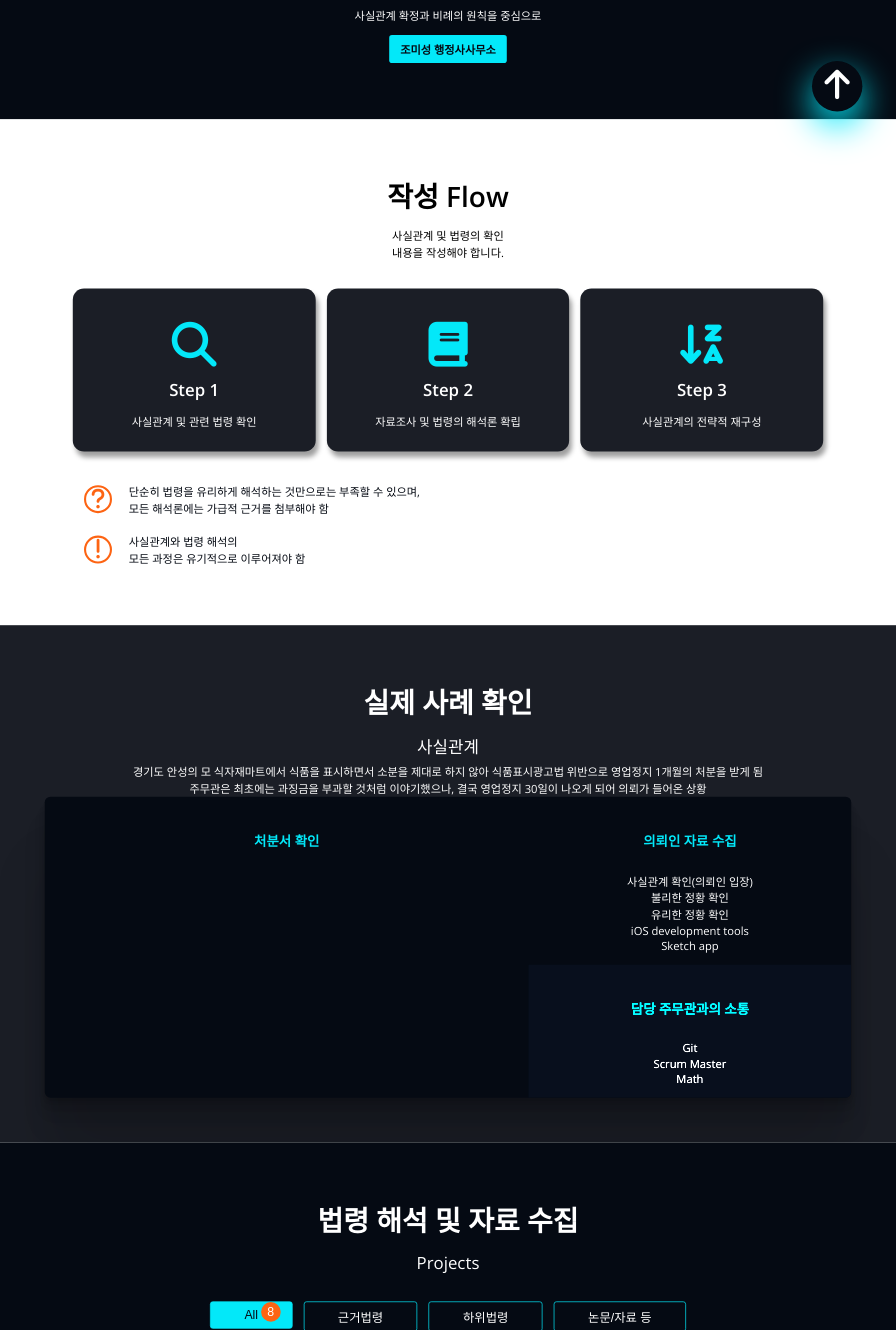
Repository: eggmoon/eggmoon_new
Page: index.html
The author's editor kept a copy of each file at every save. The page is drawn from the files as they stood at one save, then again after the next save.
The browser window is 1280 px wide. The pictures show the part of the page from y = 513 to 2413 px (the page is 4211 px tall before and 4189 px after), at 70% of full size.
A picture or video elsewhere on the page could not be fetched, so the positions and the page height are approximate. Some web libraries are served in a nearby version.

Above is the page before, as saved 2025-02-26 18:30:19.
Console error: SyntaxError: Unexpected end of input

### index.html
<!DOCTYPE html>
<html lang="en">
  <head>
    <meta charset="UTF-8" />
    <meta http-equiv="X-UA-Compatible" content="IE=edge" />
    <meta name="viewport" content="width=device-width, initial-scale=1.0" />
    <!-- SEO -->
    <title>행정심판청구서 작성 가이드</title>
    <meta
      name="description"
      content="Portfolio for world-renowned software
    engineer Ellie"
    />
    <meta name="author" content="MScho" />
    <link rel="shortcut icon" href="images/favicon.ico" type="image/x-icon" />
    <!-- OG (Open Graph Data) -->
    <meta property="og:title" content="행정정심판청구서 작성 가이드" />
    <meta property="og:type" content="website" />
    <meta property="og:url" content="https://eggmoon.github.io/eggmoon/"/>
    <meta property="og:image" content="배포후에 생성된 이미지 URL" />
    <!-- Google Fonts -->
    <link rel="preconnect" href="https://fonts.googleapis.com" />
    <link rel="preconnect" href="https://fonts.gstatic.com" crossorigin />
    <link
      href="https://fonts.googleapis.com/css2?family=Open+Sans:wght@400;600&display=swap"
      rel="stylesheet"
    />
    <!-- Font Awesome -->
    <script src="https://kit.fontawesome.com/8d3cd595d6.js" crossorigin="anonymous"></script>
    <!-- CSS -->
    <link rel="stylesheet" href="css/style.css" />
    <!-- Javascript -->
    <script src="src/main.js" defer></script>
  </head>
  <body>
    <!-- Header -->
    <header class="header">
      <div class="header__logo">
        <img class="header__logo__img" src="images/favicon.ico" alt="logo" />
        <h1 class="header__logo__title"><a href="#">조미성 행정사사무소</a></h1>
      </div>
      <nav class="header__nav">
        <ul class="header__menu">
          <li><a class="header__menu__item active" href="#home">HOME</a></li>
          <li><a class="header__menu__item" href="#about">작성Flow</a></li>
          <li><a class="header__menu__item" href="#skills">실제 사례</a></li>
          <li><a class="header__menu__item" href="#work">법령해석 및 자료수집</a></li>
          <li><a class="header__menu__item" href="#testimonial">사실관계의 재구성</a></li>
          <li><a class="header__menu__item" href="#contact">Bottom</a></li>
        </ul>
      </nav>
    </header>
    <!-- Main -->
    <main>
      <!-- Home -->
      <section id="home" class="section">
        <img class="home__logo" src="images/favicon.ico" alt="Ellie's profile" />
        <h2 class="home__title"><strong class="home__title--strong">행정심판청구서</strong> <br> 작성 가이드</h2>
        <p class="home__description">사실관계 확정과 비례의 원칙을 중심으로</p>
        <a class="home__contact" href="#contact">조미성 행정사사무소</a>
      </section>
      <!-- About -->
      <section id="about" class="section max-container =">
        <h2 class="title">작성 Flow</h2>
        <p section="description">
          사실관계 및 법령의 확인
        </p>
        <p>내용을 작성해야 합니다.</p>
        <ul class="about__majors">
          <li class="about__major">
            <i class="fa-solid fa-magnifying-glass about__major__icon"></i>
            <p class="about__major__title">Step 1</p>
            <p>사실관계 및 관련 법령 확인</p>
          </li>
          <li class="about__major">
            <i class="fa-solid fa-book about__major__icon"></i>
            <p class="about__major__title">Step 2</p>
            <p>자료조사 및 법령의 해석론 확립</p>
            <li class="about__major">
              <i class="fa-solid fa-arrow-down-z-a about__major__icon"></i>
              <p class="about__major__title">Step 3</p>
              <p>사실관계의 전략적 재구성</p>
            </li>
          </li>
        </ul>
        <ul class="about__subexps">
          <li class="about__subexp">
            <div class="redicon"><i class="fa-solid fa-question"></i></div>
            <div>
              <p class="about__subexp__title">단순히 법령을 유리하게 해석하는 것만으로는 부족할 수 있으며,</p>
              <p class="about__subexp__content">모든 해석론에는 가급적 근거를 첨부해야 함</p>
            </div>
          </li>
          <li class="about__subexp">
            <div class="redicon"><i class="fa-solid fa-exclamation"></i></div>
            <div>
              <p class="about__subexp__title"> 사실관계와 법령 해석의 </p>
              <p class="about__subexp__content">모든 과정은 유기적으로 이루어져야 함</p>
            </div>
          </li>
        </ul>
      </section>
      <!-- Skills -->
      <section id="skills" class="section">
        <div class="max-container">
          <h2 class="title">실제 사례 확인</h2>
          <p class="description">사실관계</p>
          <p> 경기도 안성의 모 식자재마트에서 식품을 표시하면서 소분을 제대로 하지 않아 식품표시광고법 위반으로 영업정지 1개월의 처분을 받게 됨</p>
           <p>주무관은 최초에는 과징금을 부과할 것처럼 이야기했으나, 결국 영업정지 30일이 나오게 되어 의뢰가 들어온 상황</p>
          <div class="skills-container">
            <section class="skills__rule">
              <h3 class="skills__title">처분서 확인</h3>
              <div>
                <img src="" />
              </div>
              <!-- <ul>
                <li class="bar">
                  <div class="bar__metadata"><span>HTML</span><span>98%</span></div>
                  <div><div class="bar__value bar__bg" style="width: 98%"></div></div>
                </li>
                <li class="bar">
                  <div class="bar__metadata"><span>CSS</span><span>90%</span></div>
                  <div><div class="bar__value bar__bg" style="width: 90%"></div></div>
                </li>
                <li class="bar">
                  <div class="bar__metadata"><span>JavaScript</span><span>90%</span></div>
                  <div><div class="bar__value bar__bg" style="width: 90%"></div></div>
                </li>
                <li class="bar">
                  <div class="bar__metadata"><span>TypeScript</span><span>80%</span></div>
                  <div><div class="bar__value bar__bg" style="width: 80%"></div></div>
                </li>
                <li class="bar">
                  <div class="bar__metadata"><span>React</span><span>79%</span></div>
                  <div><div class="bar__value bar__bg" style="width: 79%"></div></div>
                </li>
                <li class="bar">
                  <div class="bar__metadata"><span>NodeJs</span><span>68%</span></div>
                  <div><div class="bar__value bar__bg" style="width: 68%"></div></div>
                </li>
              </ul> -->
            </section>
            <section class="skills__explain">
              <h3 class="skills__title">의뢰인 자료 수집</h3>
              <ul>
                <li>사실관계 확인(의뢰인 입장)</li>
                <li>불리한 정황 확인</li>
                <li>유리한 정황 확인</li>
                <li>iOS development tools</li>
                <li인>Sketch app</li인
              </ul>
            </section>
            <section class="skills__data">
              <h3 class="skills__title">담당 주무관과의 소통</h3>
              <ul>
                <li>Git</li>
                <li>Scrum Master</li>
                <li>Math</li>
              </ul>
            </section>
          </div>
        </div>
      </section>
      <!-- Work -->
      <section id="work" class="section">
        <div class="max-container">
          <h2 class="title">법령 해석 및 자료 수집</h2>
          <p class="description">Projects</p>
          <ul class="categories">
            <li>
              <button class="category category--selected">All <span class="category__count">8</span></button>
            </li>
            <li>
              <button class="category">근거법령<span class="category__count">3</span></button>
            </li>
            <li>
              <button class="category">하위법령<span class="category__count">3</span></button>
            </li>
            <li>
              <button class="category"> 논문/자료 등 <span class="category__count">2</span></button>
            </li>
          </ul>
          <ul class="projects">
            <li class="project">
              <a href="#" target="_blank">
                <img src="images/projects/project1.jpg" alt="act1" class="project__img"/>
                <div class="project__metadata">
                  <h3 class="project__title"><a href="https://www.law.go.kr/%EB%B2%95%EB%A0%B9/%EC%8B%9D%ED%92%88%EC%9C%84%EC%83%9D%EB%B2%95" target="_blank">식품위생법</a></h3>
                  <p>2019년 이후 식품광고법 분리</p>
                </div>
              </a>
            </li>
            <li class="project">
              <a href="#" target="_blank">
                <img src="images/projects/project2.jpg" alt="project2" class="project__img"/>
                <div class="project__metadata">
                  <h3 class="project__title">식품광고법</h3>
                  <p>사건 적용 주요 법률</p>
                </div>
              </a>
            </li>
            <li class="project">
              <a href="#" target="_blank">
                <img src="images/projects/project3.do" alt="project3" class="project__img" style="object-fit:cover;"/>
                <div class="project__metadata">
                  <h3 class="project__title"><a href="images/projects/project3.jpg" target="_blank">고객 자료 수집</a></h3>
                  <p>Clone Coding with HTML, CSS</p>
                </div>
              </a>
            </li>
            <li class="project">
              <a href="#" target="_blank">
                <img src="images/projects/project4.webp" alt="project4" class="project__img"/>
                <div class="project__metadata">
                  <h3 class="project__title">Project #4</h3>
                  <p>Clone Coding with HTML, CSS</p>
                </div>
              </a>
            </li>
            <li class="project">
              <a href="#" target="_blank">
                <img src="images/projects/project5.webp" alt="project5" class="project__img"/>
                <div class="project__metadata">
                  <h3 class="project__title">Project #5</h3>
                  <p>Clone Coding with HTML, CSS</p>
                </div>
              </a>
            </li>
            <li class="project">
              <a href="#" target="_blank">
                <img src="images/projects/project6.webp" alt="project6" class="project__img"/>
                <div class="project__metadata">
                  <h3 class="project__title">Project #6</h3>
                  <p>Clone Coding with HTML, CSS</p>
                </div>
              </a>
            </li>
            <li class="project">
              <a href="#" target="_blank">
                <img src="images/projects/project7.webp" alt="project7" class="project__img"/>
                <div class="project__metadata">
                  <h3 class="project__title">Project #7</h3>
                  <p>Clone Coding with HTML, CSS</p>
                </div>
              </a>
            </li>
            <li class="project">
              <a href="#" target="_blank">
                <img src="images/projects/project8.webp" alt="project8" class="project__img"/>
                <div class="project__metadata">
                  <h3 class="project__title">Project #8</h3>
                  <p>Clone Coding with HTML, CSS</p>
                </div>
              </a>
            </li>
          </ul>
        </div>
      </section>
      <!-- Testimonials -->
      <section id="testimonials" class="section max-container">
        <h2 class="title">사실관계의 재구성</h2>
        <p class="description">요건사실을 어떻게 유리하게 포섭할 수있을까?</p>
        <ul class="testimonials">
          <li class="testimonial">
            <img src="images/testimonials/people1.webp" alt="주체(고의/과실)" class="testimonial__img" />
            <div class="testimonial__bubble">
              <p>
                <span class="testimonial__bubble__name">법적 주체</span>는 (주)** 마트이며, <span class="testimonial__bubble__name">대표자</span>는 이**이고, <span class="testimonial__bubble__name">실제 행위자</span>는 ** 농산마트 직원들인 상황에서 유리한 점과 불리한 점은 무엇이 있을까? 어떤 요건에 포섭할 수있을까?
              </p>
              <p><span class="testimonial__bubble__name">주체/고의 및 과실</span></p>
            </div>
          </li>
          <li class="testimonial">
            <img src="images/testimonials/people2.webp" alt="내용/기간 및 위반 분량" class="testimonial__img" />
            <div class="testimonial__bubble">
              <p>일반적이지 않은 <span class="testimonial__bubble__name">
                특별한 사정</span>이 인정될 여지는 없을까?
              </p>책임 및 감경/행위요건</p>
            </div>
          </li>
          <li class="testimonial">
            <img src="images/testimonials/people3.webp" alt="people3" class="testimonial__img" />
            <div class="testimonial__bubble">
              <p class="testimonial__bubble__name">
                Lorem ipsum dolor sit amet consectetur adipisicing elit.
                Perferendis, mollitia. Fugiat recusandae unde ducimus harum
                voluptas earum reiciendis expedita inventore quas ab eum
                dignissimos, maiores deleniti officiis qui, repudiandae
                voluptatibus?
              </p>
              <p class="testimonial__bubble__name"><a href="#">Anna Jin</a> /Samsung</p>
            </div>
          </li>
        </ul>
      </section>
      <!-- Arrow up -->
      <aside>
        <a class="arrow-up" href="#home" title="back to top">
          <i class="fa-solid fa-arrow-up"></i>
        </a>
      </aside>
    </main>
    <!-- Footer -->
    <footer id="contact" class="section">
      <div class="max-container">
        <h2 class="title">Let&#39;s talk</h2>
      <p class="testimonial__bubble__name" class="section">dream.coder.ellie@gmail.com</p>
      <ul class="contact__links">
        <li>
          <a
            class="contact__link"
            href="https://github.com/eggmoon"
            target="_blank"
            title="my github link"
          >
            <i class="fa-brands fa-github"></i>
          </a>
        </li>
        <li>
          <a
            class="contact__link"
            href="https://github.com/eggmoon"
            target="_blank"
            title="my linkedin link"
          >
            <i class="fa-brands fa-linkedin"></i>
          </a>
        </li>
      </ul>
      <p class="testimonial__bubble__name">ⓒMS Cho - All rights reserved</p>
      </div>
    </footer>
  </body>
</html>

### css/style.css
/* Global */
:root {
/* App Colors */
  --color-primary: var(--color-black);
  --color-primary-variant: var(--color-gray);
  --color-accent: var(--color-blue);
  --color-accent-variant: var(--color-orange);
  --color-text: var(--color-white);
  /* Colors */
  --color-white: #ffffff;
  --color-black: #050a13;
  --color-blue: #03e8f9;
  --color-orange: #fd6413;
  --color-gray: #1b1e26;
  /* Size */
  --size-max-width: 1200px;
}
*{
  box-sizing: border-box;
}
body {
  font-family: 'Open Sans', sans-serif;
  margin: 0;
}
h1, h2, h3, p, ul {
  margin: 0;
}

ul {
  list-style: none;
  padding: 0;
}

a{
  text-decoration: none;
  color: var(--color-text);
}

button{
  background-color: transparent;
  outline: 0;
  border: 0;
}

button:focus {
  outline: 1px solid var(--color-blue);
}

/* Common */
.redicon{
  width: 40px;
  height: 40px;
  font-size:2rem;
  line-height:30px;
  text-align:center;
  color: var(--color-accent-variant);
  font-weight: bold;
  border: 3px solid var(--color-accent-variant);
  border-radius: 100%;
  margin: 0.5rem 1rem;
  flex-shrink:0;
}
.section{
  padding: 4rem;
  text-align: center !important;
}

.title{
  font-size: 2.5rem;
  margin: 1rem 0;

}

.description{
  font-size:1.5rem;
  margin:0.5rem 0;
}

.max-container {
  max-width: var(--size-max-width);
  margin: auto;
}

/* Header */
.header{
  position: fixed;
  background-color: var(--color-black);
  top: 0;
  width: 100%;
  padding:1rem;
  display: flex;
  justify-content: space-between;
  align-items: center;
  z-index:1;
}

.header__logo{
  display:flex;
  align-items: center;
  gap: 8px
}

.header__logo__img{
  width: 36px;
  height: 36px;
}

.header__logo__title {
  font-size: 1.8rem;
}

.header__menu{
  display:flex;
  gap: 4px;
}
.header__menu__item{
  padding: 8px 16px;
}
.header__menu__item:hover{
  border-bottom: 1px solid var(--color-accent);
}
.header__menu__item.active{
  border: 1px solid var(--color-accent);
}
/* Home */
#home{
  background-color: var(--color-primary);
  color: var(--color-text);
  padding: 5rem 1rem;
  padding-top: 7rem;
  text-align: center;
}
.home__logo{
 width: 250px;
 height: 250px;
 object-fit: contain;
 border: 3px solid var(--color-accent);
 border-radius: 50%;
}
.home__title{
 font-size:3rem;
 margin-bottom: 1rem;

}
.home__title--strong{
  color: var(--color-accent);
}
/* .home__description{

} */

.home__contact{
  display: inline-block;
  background-color: var(--color-accent);
  color: var(--color-black);
  padding: 0.5rem 1rem;
  margin-top: 1rem;
  font-weight: bold;
  border-radius: 4px;
}

.home__contact:hover{
    /* hover 밀림 현상 해결: width, height을 주거나 outline으로 해결함 */
  background-color:transparent;
  outline: 1px solid var(--color-accent);
  color: var(--color-text);
}

/* about */

.about__majors{
  display: flex;
  justify-content: space-between;
  gap: 1rem;
  margin: 2.5rem 0;
}

.about__major{
  background-color: var(--color-primary-variant);
  padding: 2rem 1rem;
  color: var(--color-text);
  border-radius: 1rem;
  cursor: default;
  box-shadow:4.0px 8.0px 8.0px rgba(0,0,0,0.38);
  flex-grow:1;
  flex-shrink:1;
  flex-basis:0;
}

.about__major__icon{
  font-size: 4rem;
  margin: 1rem 0;
  color: var(--color-accent);
  transition: all 300ms ease;
}

.about__major__title{
 font-size: 1.5rem;
 font-weight: bold;
 margin-bottom: 1rem;
}

.about__major:hover .about__major__icon{
  transform: rotate(-15deg) scale(1.2);
}

.about__subexps{
  text-align: start;
}
.about__subexp{
  display:flex;
  align-items: center;
  gap: 8px;
  margin-bottom: 1rem;
}
.about__subexp__title{
  color: var(--color-primary);
}

.about__subexp__content{
  color: var(--color-primary);
}

/* skills */

#skills {
  background-color: var(--color-primary-variant);
  color: var(--color-text);
}
.skills__title{
  color: var(--color-accent);
  margin: 1rem 0;
  font-size: 1.2rem;
  margin: 2rem 3rem;
}
.skills-container{
  display: grid;
  grid-template-columns: 6fr 4fr;
  background-color: var(--color-primary);
  border-radius: 8px;
  overflow: hidden;
  box-shadow: 0 2.8px 2.2px rgba(0, 0, 0, 0.034), 0 6.7px 5.3px rgba(0, 0, 0, 0.048), 0 12.5px 10px rgba(0, 0, 0, 0.06), 0 22.3px 17.9px rgba(0, 0, 0, 0.072), 0 41.8px 33.4px rgba(0, 0, 0, 0.086), 0 100px 80px rgba(0, 0, 0, 0.12)
}

.skills__rule{
  grid-row: span 2;
  padding: 1rem;
}

.skills__explain{
  padding: 1rem;
}

.skills__data{
  padding: 1rem;
  background-color: var(--color-primary);
    filter: brightness(150%);
}

.bar{
  display:flex;
  flex-direction: column;
  padding: 1rem;
  gap: 0.5rem;
}
.bar__metadata{
  display:flex;
  justify-content:space-between;
}
.bar__bg{
  width: 100%;
  height: 3px;
  background-color: var(--color-primary-varient);
}
.bar__value{
  background-color: var(--color-accent);
}
 /* Work */
 #work {
  background-color: var(--color-primary);
  color: var(--color-text);
 }

 .categories {
  display:flex;
  justify-content: center;
  margin: 2.5rem;
  gap: 1rem;
 }

 .category {
  position:relative;
  color: var(--color-text);
  font-size: 1.1rem;
  padding: 0.5rem 3rem;
  border-radius: 4px;
  border: 1px solid var(--color-accent);
  cursor: pointer;
  white-space: nowrap;
 }


 .category__count{
  opacity: 0;
  position: absolute;
  top: -20px;
  right: 16px;
  width: 28px;
  height: 28px;
  line-height: 28px;
  border-radius: 100%;
  background-color: var(--color-accent-variant);
  color: var(--color-text);
  transition: all 300ms ease-in;
 }
 .category--selected {
  background-color: var(--color-accent);
  color: var(--color-primary);
 }
 .category--selected .category__count,
 .category:hover .category__count {
  opacity: 1;
  top:0;
 }

 .projects {
  display: grid;
  grid-template-columns: repeat(4, 1fr);
  grid-template-rows: repeat(2,1fr);
  gap: 1rem;
 }

 .project{
  position:relative;
  border-radius:8px;
  overflow:hidden;
 }

 .project__img{
  width: 100%;
 }

 .project__metadata{
  opacity: 0;
  position: absolute;
  top: 0;
  left: 0;
  width: 100%;
  height: 100%;
  background-color: var(--color-black);
  display:flex;
  flex-direction: column;
  justify-content: center;
  align-items: center;
  transition: all 250ms ease-in;
  transform: translateY(-10px);
 }

 .project__metadata:hover {
  opacity:0.8;
  transform: translateY(0px);
 }
 .project__title:after{
  content: '';
  display: block;
  position:relative;
  left:50%;
  transform: translate(-60%);
  width: 80px;
  height: 2px;
  background-color: var(--color-accent);
  margin:0.5rem;
 }
 /* Testimonial */

 .testimonials{
  margin: 3rem;
  }

  .testimonial{
   display: flex;
   align-items:center;
   margin-bottom: 2rem;
  }

  .testimonial:nth-child(even) .testimonial__img {
   order: 1;
  }

  .testimonial__img{
  width: 150px;
  height: 150px;
  border-radius: 100%;
  box-shadow: rgba(0, 0, 0, 0.2) 0px 60px 40px -7px;
  }
  .testimonial__bubble{
   padding: 1rem;
   border-radius: 8px;
   box-shadow: rgba(0, 0, 0, 0.2) 0px 60px 40px -7px;
  }

  .testimonial__bubble__name{
   color: var(--color-accent);
   font-weight: bold;
   filter: brightness(70%);
  }
 /* Arrow Up */

.arrow-up{
  background-color:var(--color-primary);
  position:fixed;
  bottom: 3rem;
  right: 3rem;
  font-size: 3rem;
  width: 4.5rem;
  height: 4.5rem;
  border-radius: 100%;
  text-align:center;
  box-shadow: 0 20px 50px var(--color-accent);

  }
  /* Footer */

  #contact{
  background-color: var(--color-primary);
  color: var(--color-text);
  }
  .contact__links{
  display: flex;
  justify-content: center;
  gap: 1rem;
  padding: 1rem;
  font-size: 2rem;
  }
  .contact__link {
  transform: color 250ms ease-in
  }
  .contact__link:hover {
  color: var(--color-accent);
  }

@media screen and (max-width: 768px){
  /* common */
  .section {
    padding: 3rem 2rem;
  }
  .title {
    font-size: 2rem;
  }
  .description{
    font-size:1rem;
  }

  /* header */
    .header{
      flex-direction: column;
      align-items: start;
     }
    .header__menu {
       flex-direction:column;
       text-align: center;
       padding: 1rem 4rem;
       gap: 1rem;
    }
  .header__nav{
    width: 100%;
  }

  /* HOME */
  #home{
    padding-bottom: 3rem;
  }
  .home__title{
    font-size: 2.5rem;
    margin-bottom: 0.5rem;
  }
  /* about */
  .about__majors{
    flex-direction: column;
    justify-content:center;
    align-items: center;
  }
  .about__major{
    max-width: 30rem;
  }
  .about__subexp{
    justify-content: center;
  }
  /* skills */
  .skills-container {
    grid-template-columns: 1fr;
  }

  /* Work */
  .categories {
    flex-direction: column;
  }
  .category {
    width: 100%;
  }
 .projects{
  grid-template-columns: repeat(2, 1fr);
 }
 /* testimonial */
 .testimonial{
  flex-direction: column;
 }
 .testimonial:nth-child(even) .testimonial__img {
  order:0;
 }
 /* Arrow Up */
 .arrow-up{
  font-size:2rem;
  width: 3rem;
  height: 3rem;
  bottom: 1.5rem;
  right: 1.5rem;
 }

}

Loaded but not shown: src/main.js (common file)

After the next save:
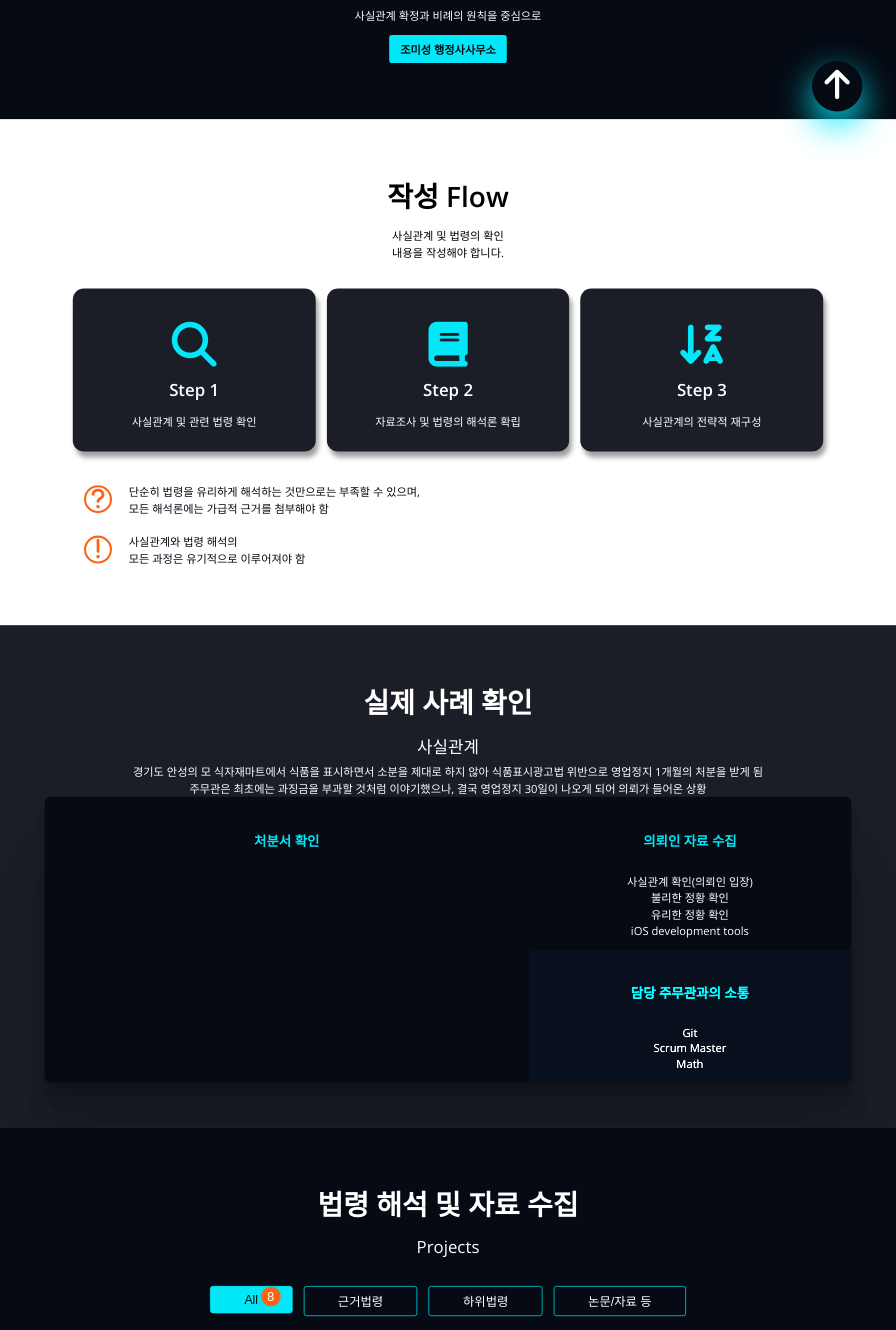
Saved 5 s later.
--- a/index.html
+++ b/index.html
@@ -147,7 +147,6 @@
                 <li>불리한 정황 확인</li>
                 <li>유리한 정황 확인</li>
                 <li>iOS development tools</li>
-                <li인>Sketch app</li인
               </ul>
             </section>
             <section class="skills__data">
